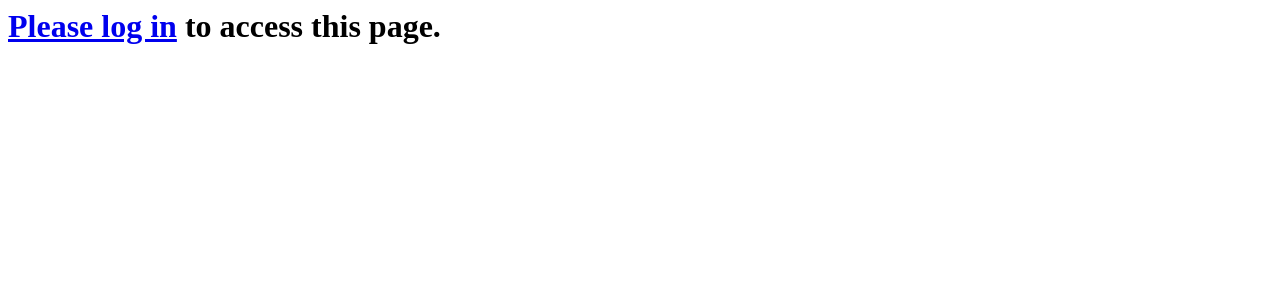
Repository: SirRabbitt/Aplikacja-crud-z-logowaniem-php-js-
Page: http://localhost/
These files come from the project's save history. The page is drawn as it stood at one moment and after the next save; the edit follows.
The browser window is 1280 px wide. The pictures show the whole page.
The page is run by PHP 8.4 with error messages shown; the project is at /var/www/html/. pdo.php is not in the repository; a stand-in opens the database connection. Other server files are loaded and not shown. Queries for data that is not in the repository find no rows.

Above is the page before, as saved 2024-05-21 14:50:13.

### index.php
<?php
session_start();
require_once "pdo.php";

// Check if the user is logged in
if (!isset($_SESSION['name'])) {
    echo "<h1> <a href='login.php'>Please log in</a> to access this page.</h1>";
    return;
}

// Function to validate positions
function validatePos() {
    for ($i = 1; $i <= 9; $i++) {
        if (!isset($_POST['year'.$i])) continue;
        if (!isset($_POST['desc'.$i])) continue;

        $year = $_POST['year'.$i];
        $desc = $_POST['desc'.$i];

        if (strlen($year) == 0 || strlen($desc) == 0) return "All fields are required";
        if (!is_numeric($year)) return "Year must be numeric";
    }
    return true;
}

// Function to insert positions
function insertPositions($pdo, $profile_id) {
    $rank = 1;
    for ($i = 1; $i <= 9; $i++) {
        if (!isset($_POST['year'.$i])) continue;
        if (!isset($_POST['desc'.$i])) continue;

        $year = $_POST['year'.$i];
        $desc = $_POST['desc'.$i];

        $stmt = $pdo->prepare('INSERT INTO Position (profile_id, rank, year, description) VALUES (:pid, :rank, :year, :desc)');
        $stmt->execute(array(
            ':pid' => $profile_id,
            ':rank' => $rank,
            ':year' => $year,
            ':desc' => $desc
        ));
        $rank++;
    }
}

// Function to delete positions
function deletePositions($pdo, $profile_id) {
    $stmt = $pdo->prepare('DELETE FROM Position WHERE profile_id = :pid');
    $stmt->execute(array(':pid' => $profile_id));
}

// Get the list of profiles
$stmt = $pdo->query("SELECT * FROM Profile");
$rows = $stmt->fetchAll(PDO::FETCH_ASSOC);
?>
<!DOCTYPE html>
<html>
<head>
<title>b82706ae</title>

</head>
<body>
<h1>added</h1>
<table>
    <tr>
        <th>First Name</th>
        <th>Last Name</th>
        <th>Actions</th>
    </tr>
    <?php foreach ($rows as $row) : ?>
    <tr>
        <td><?php echo $row['first_name']; ?></td>
        <td><?php echo $row['last_name']; ?></td>
        <td>
            <a href="view.php?profile_id=<?php echo $row['profile_id']; ?>">View</a> |
            <a href="edit.php?profile_id=<?php echo $row['profile_id']; ?>">Edit</a> |
            <a href="delete.php?profile_id=<?php echo $row['profile_id']; ?>">Delete</a>
        </td>
    </tr>
    <?php endforeach; ?>
</table>
<p><a href="add.php">Add New Entry</a></p>
<p><a href="logout.php">Logout</a></p>
</body>
</html>

After the next save:
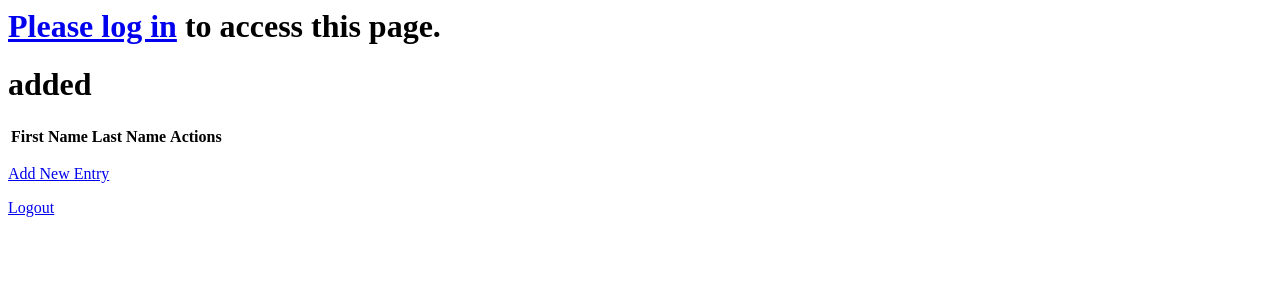
Saved 101 s later.
--- a/index.php
+++ b/index.php
@@ -5,7 +5,7 @@ require_once "pdo.php";
 // Check if the user is logged in
 if (!isset($_SESSION['name'])) {
     echo "<h1> <a href='login.php'>Please log in</a> to access this page.</h1>";
-    return;
+
 }
 
 // Function to validate positions
